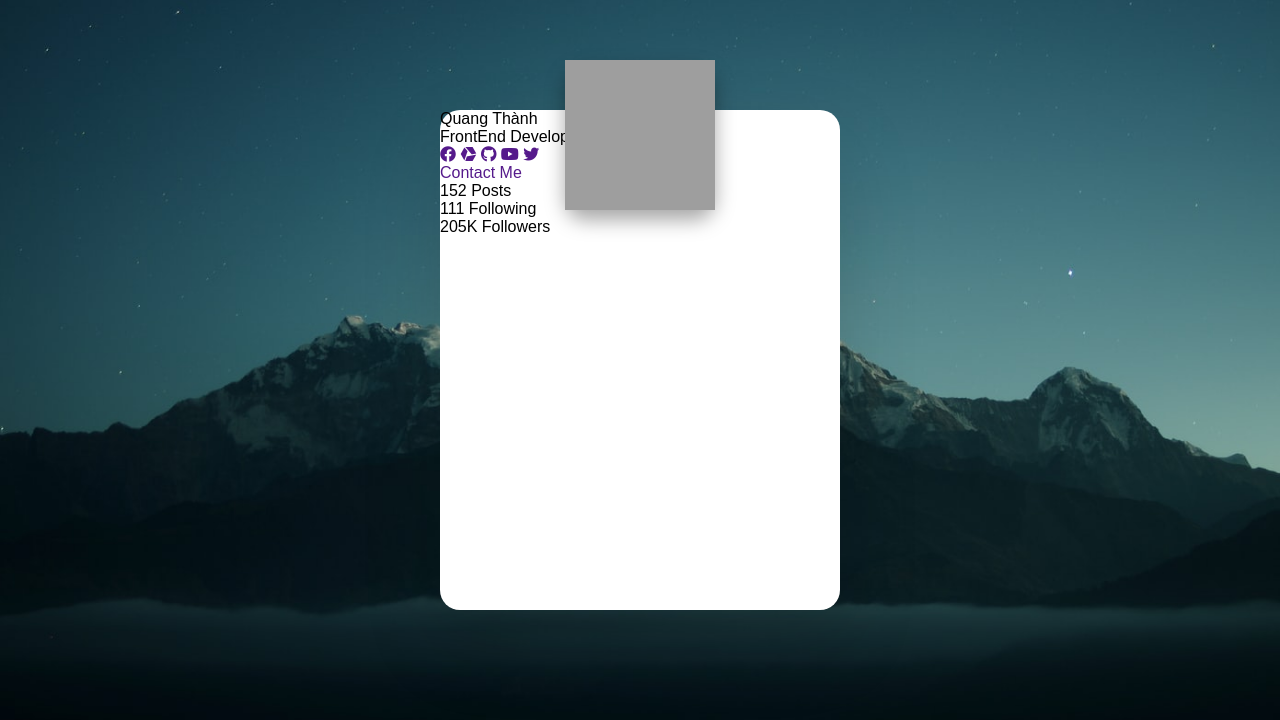
Repository: QuangThanh152/Profile-me
Page: index.html
An editor plug-in stored every save of this project. The page is shown before and after the next save, followed by the edit.
The browser window is 1280 px wide. The pictures show the whole page.
Pictures or frames that could not be fetched are drawn as grey boxes.

Above is the page before, as saved 2022-10-07 15:02:21.

After the next save:
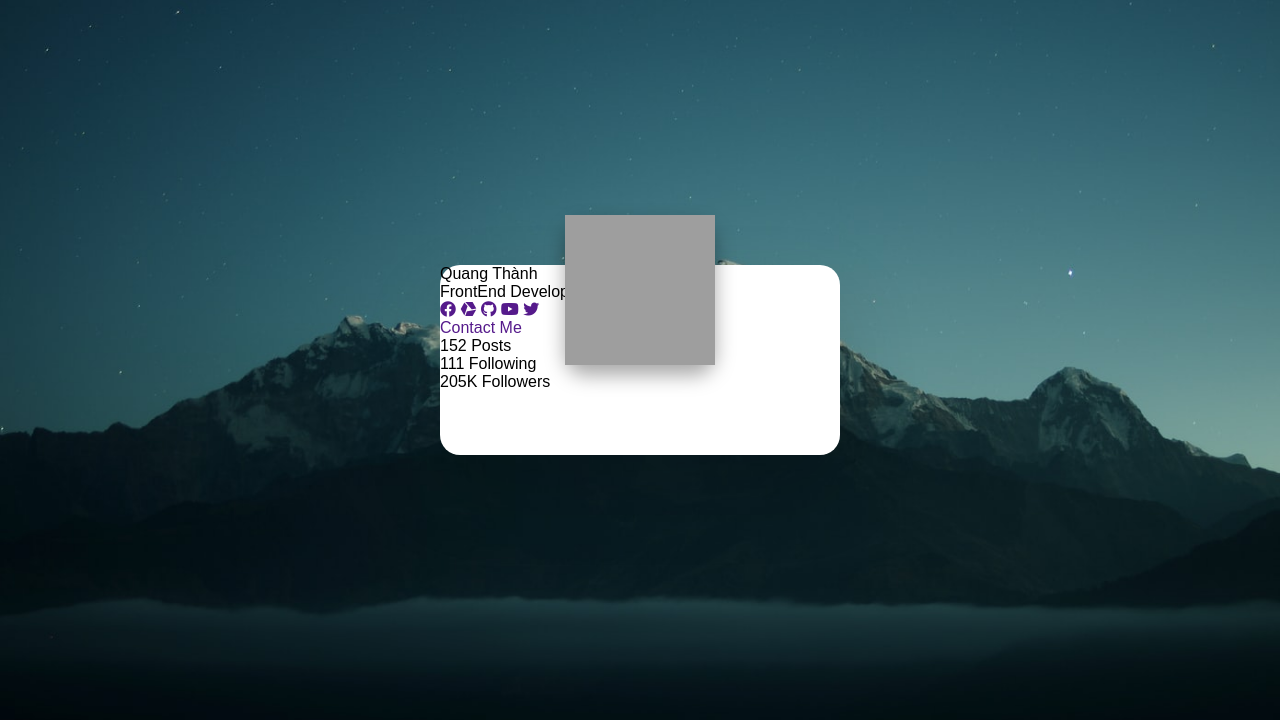
Saved 7 s later.
--- a/accets/main.css
+++ b/accets/main.css
@@ -18,8 +18,8 @@ body {
 .card {
     position: relative;
     width: 400px;
-    /* height: 190px; */
-    height: 500px;
+    height: 190px;
+    /* height: 500px; */
     border-radius: 20px;
     background: #fff;
     transition: 0.2s linear;
